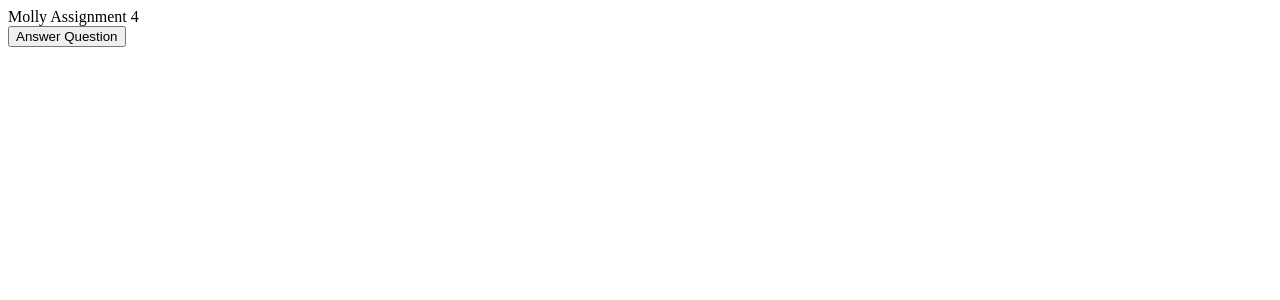
Repository: m0llyc00k/web-advanced
Page: a-3/index_MC_a4.html
The author's editor kept a record of every edit. The page is drawn from the files as they stood at one moment, then again after the next edit.
The browser window is 1280 px wide. The pictures show the whole page.

Above is the page before.

### a-3/index_MC_a4.html
<!DOCTYPE html>

<html>

<head>
  <meta charset="utf-8">
  <meta name="viewport" content="width=device-width">

  <title>Molly Cook</title>
  <meta name="description" content="Spring 2022 Class">
  <meta name="author" content="Parsons Faculty">
</head>

<body>

  <header>Molly Assignment 4</header>

  <!--<p id="number"></p>-->
  <!--<p id="color"></p>-->
  <!--<p id="animal"></p>-->
  <!--<p id="wrongAnswer"></p>-->





  <script>
    // const myPet = '{"What is your pet\'s name?": "Spot", "What type of pet do you have?": "dog", "What is your pet\'s age?": 12, "What is your pet\'s color?": "brown and white", "What\'s your pet\'s favorite toy?": "bone" }';

    const questions = {
      "What is 2 + 2?": "4",
      "What color is the sky?": "blue",
      "What animal barks?": "dogs",
      "What is the meaning of life?": "peanut butter"

    }

    // const myObj = JSON.parse(myPet);

    let btn = document.createElement("button");
    btn.innerHTML = "Answer Question";
    btn.onclick = function myFunction() {
      for (const property in questions) {
        let answer = prompt(`${property}`);

        let thisAnswer = document.createElement("p")

        if (answer == questions[property]) {
          thisAnswer.innerHTML = "Yes, " + answer + " is the right answer";
        }
        else {

          thisAnswer.innerHTML = "Nope, \'" + answer + "\' is the wrong answer";
        }

      }
    }



    document.body.appendChild(btn);

  </script>
</body>

</html>

After the next edit:
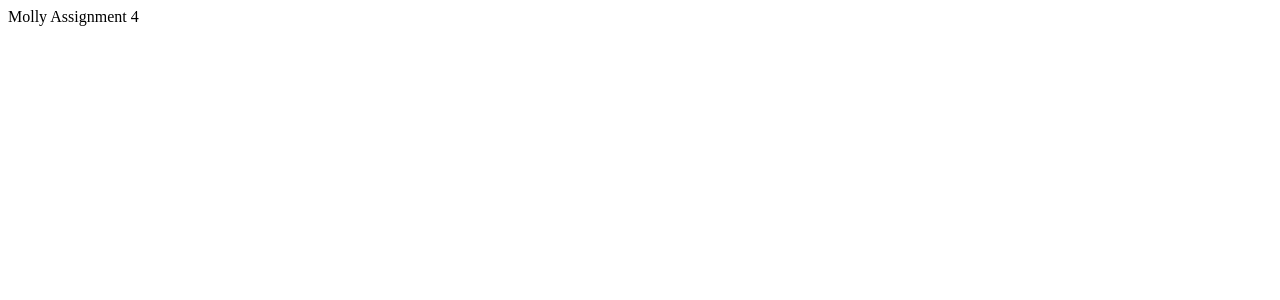
The edit:
--- a/a-3/index_MC_a4.html
+++ b/a-3/index_MC_a4.html
@@ -52,13 +52,10 @@
 
           thisAnswer.innerHTML = "Nope, \'" + answer + "\' is the wrong answer";
         }
-
+        document.body.appendChild(thisAnswer)
       }
     }
 
-
-
-    document.body.appendChild(btn);
 
   </script>
 </body>

After the 4 edits that followed:
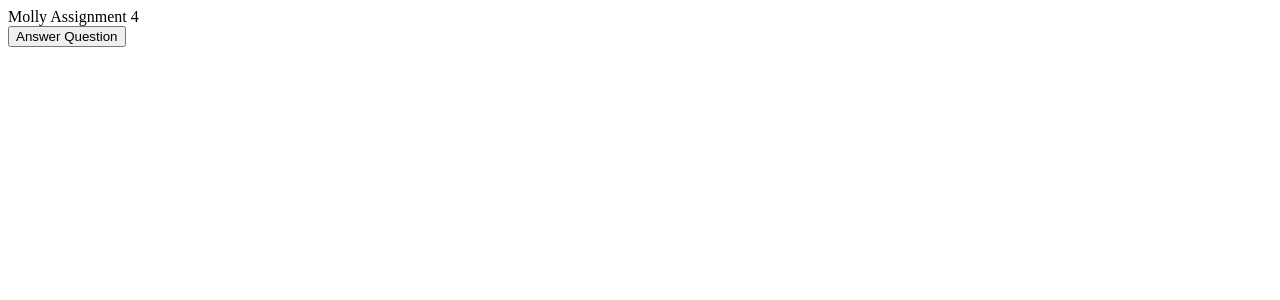
The 4 edits are shown as one change because 3 left the picture as it was.
The edit:
--- a/a-3/index_MC_a4.html
+++ b/a-3/index_MC_a4.html
@@ -25,8 +25,6 @@
 
 
   <script>
-    // const myPet = '{"What is your pet\'s name?": "Spot", "What type of pet do you have?": "dog", "What is your pet\'s age?": 12, "What is your pet\'s color?": "brown and white", "What\'s your pet\'s favorite toy?": "bone" }';
-
     const questions = {
       "What is 2 + 2?": "4",
       "What color is the sky?": "blue",
@@ -35,7 +33,7 @@
 
     }
 
-    // const myObj = JSON.parse(myPet);
+
 
     let btn = document.createElement("button");
     btn.innerHTML = "Answer Question";
@@ -56,7 +54,7 @@
       }
     }
 
-
+    document.body.appendChild(btn);
   </script>
 </body>
 
